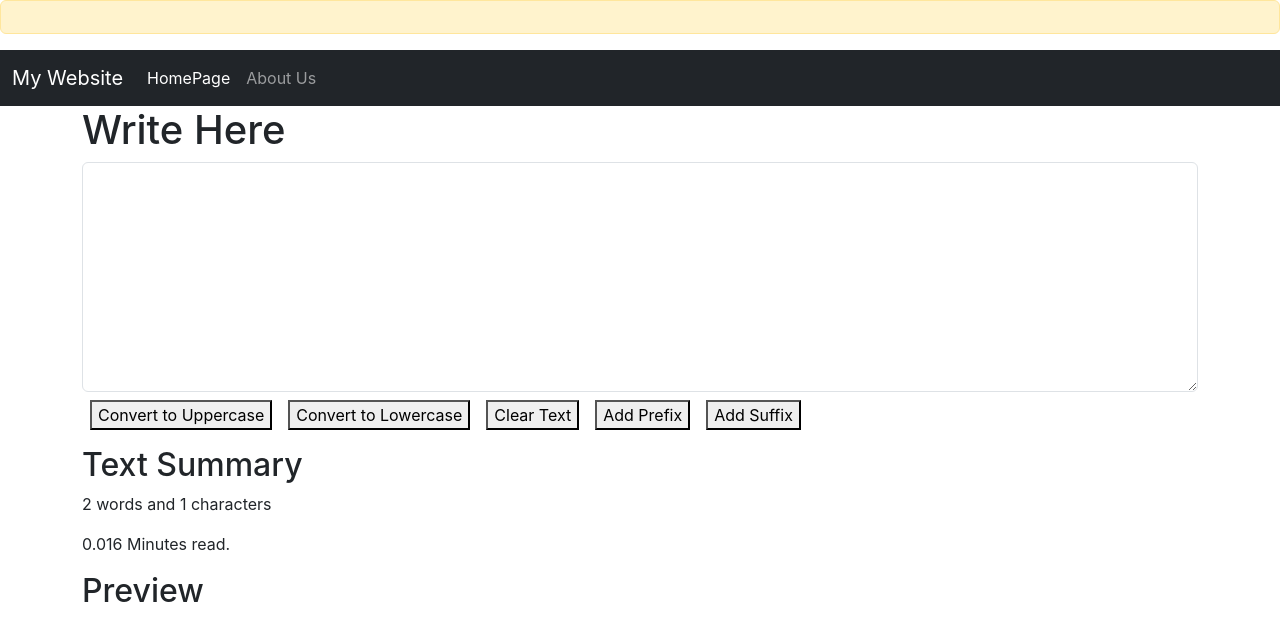
Repository: WajihaGul/Reactjs
Page: /
These files come from the project's save history. The page is drawn as it stood at one moment and after the next save; the edit follows.
The browser window is 1280 px wide. The pictures show the whole page.
The project was rebuilt for these pictures with package versions that can differ from the ones it lists, and the page was loaded fresh each time. Also part of the build but not shown: src/App.css.

Above is the page before, as saved 2024-02-12 16:59:53.

### public/index.html
<!DOCTYPE html>
<html lang="en">
  <head>
    <meta charset="utf-8" />
    <link rel="icon" href="%PUBLIC_URL%/favicon.ico" />
    <meta name="viewport" content="width=device-width, initial-scale=1" />
    <meta name="theme-color" content="#000000" />
    <meta
      name="description"
      content="Web site created using create-react-app"
    />
    <link rel="apple-touch-icon" href="%PUBLIC_URL%/logo192.png" />
    <!--
      manifest.json provides metadata used when your web app is installed on a
      user's mobile device or desktop. See https://developers.google.com/web/fundamentals/web-app-manifest/
    -->
    <link rel="manifest" href="%PUBLIC_URL%/manifest.json" />
    <!--
      Notice the use of %PUBLIC_URL% in the tags above.
      It will be replaced with the URL of the `public` folder during the build.
      Only files inside the `public` folder can be referenced from the HTML.

      Unlike "/favicon.ico" or "favicon.ico", "%PUBLIC_URL%/favicon.ico" will
      work correctly both with client-side routing and a non-root public URL.
      Learn how to configure a non-root public URL by running `npm run build`.
    -->


    <link href="https://cdn.jsdelivr.net/npm/bootstrap@5.3.2/dist/css/bootstrap.min.css" rel="stylesheet" integrity="sha384-T3c6CoIi6uLrA9TneNEoa7RxnatzjcDSCmG1MXxSR1GAsXEV/Dwwykc2MPK8M2HN" crossorigin="anonymous">
    <title>React App</title>

  </head>
  <body>
    <noscript>You need to enable JavaScript to run this app.</noscript>
    <div id="root"></div>
    <script src="https://cdn.jsdelivr.net/npm/bootstrap@5.3.2/dist/js/bootstrap.bundle.min.js" integrity="sha384-C6RzsynM9kWDrMNeT87bh95OGNyZPhcTNXj1NW7RuBCsyN/o0jlpcV8Qyq46cDfL" crossorigin="anonymous"></script>

  </body>
</html>

### src/App.js
import './App.css';
import Navbar from './Components/Navbar';
import Alert from './Components/Alert';
import TextArea from  './Components/TextArea';

function App() {
  return (
<>
<Alert alert={alert}/>
<Navbar title="My Website" about="About Us" home="HomePage"   />
<TextArea/>

</>
  );
}

export default App;

### src/Components/Navbar.js
import React from 'react'
import PropTypes from 'prop-types'
export default function Navbar(props) {
  return (
    <nav className="navbar navbar-expand-lg navbar-dark bg-dark">
        <div className="container-fluid">
          <a className="navbar-brand" href="/">{props.title}</a>
          <button className="navbar-toggler" type="button" data-bs-toggle="collapse" data-bs-target="#navbarSupportedContent" aria-controls="navbarSupportedContent" aria-expanded="false" aria-label="Toggle navigation">
            <span className="navbar-toggler-icon"></span>
          </button>
          <div className="collapse navbar-collapse" id="navbarSupportedContent">
            <ul className="navbar-nav me-auto mb-2 mb-lg-0">
              <li className="nav-item">
                <a className="nav-link active" aria-current="page" href="/">{props.home}</a>
              </li>
              <li className="nav-item">
                <a className="nav-link" href="/">{props.about}</a>
              </li>

            </ul>
            {/*<form className="d-flex" role="search">
              <input className="form-control me-2" type="search" placeholder="Search" aria-label="Search"/>
              <button className="btn btn-outline-success" type="submit">Search</button>
            </form>

            <div className="form-check form-switch">
              <input className="form-check-input" onClick={props.switchMode} type="checkbox" role="switch" id="flexSwitchCheckDefault" />
               <label className="form-check-label" htmlFor="flexSwitchCheckDefault">Switch Mode</label>
              </div>

                <div className={`form-check form-switch text-${props.mode==='light'?'dark':'light'}`}>
                        <input className="form-check-input" onClick={props.toggleMode} type="checkbox" id="flexSwitchCheckDefault"/>
                        <label className="form-check-label" htmlFor="flexSwitchCheckDefault">Enable DarkMode</label>
                    </div>
                    */}
          </div>
        </div>
      </nav>
  )
}
Navbar.propTypes = {
    title: PropTypes.string ,
    about: PropTypes.string ,
    home: PropTypes.string
}
Navbar.defaultProps = {
    title : "Home",
    about : "About",

}

### src/Components/Alert.js
import React from 'react'

export default function Alert(props) {
  return (
    <div class="alert alert-warning alert-dismissible fade show" role="alert">
    <strong>{props.alert}</strong>
    </div>
  )
}

### src/Components/TextArea.js
import { useState } from "react"
import React from 'react'

export default function TextArea() {

    const textOnChange=(event)=>{
        setText(event.target.value);
    }

    const textUpper=()=>{
        let newText=text.toUpperCase();
        setText(newText);
    }

    const textLower=()=>{
        let newText=text.toLowerCase();
        setText(newText);
    }

    const textClear=()=>{
        let newText=' ';
        setText(newText);
    }

    const prefixText=()=>{
        let newText='New Text ' +text;
        setText(newText);
    }

    const suffixText=()=>{
        let newText= text + ' New Text ';
        setText(newText);
    }

    const [text,setText]=useState(' ');

    return (
   <>
    <div className='container'>
        <h1>Write Here</h1>
  <textarea className="form-control" value={text} onChange={textOnChange} id="floatingTextarea" rows={9}></textarea>
  <button className="btn1  mx-2 my-2" onClick={textUpper}  >Convert to Uppercase</button>
  <button className="btn2 mx-2 my-2" onClick={textLower}  >Convert to Lowercase</button>
  <button className="btn3 mx-2 " onClick={textClear}  >Clear Text</button>
  <button className="btn4 mx-2 " onClick={prefixText}  >Add Prefix</button>
  <button className="btn5 mx-2 " onClick={suffixText}  >Add Suffix</button>

  </div>
  <div className="container my-2">
    <h2 >Text Summary</h2>
    <p>{text.split(' ').length} words and {text.length} characters</p>
    <p>{0.008*text.split(' ').length} Minutes read.</p>
    <h2>Preview</h2>
    <p><b>{text}</b></p>
  </div>
  </>
  )
}

Loaded but not shown: src/index.js (common file); src/index.css (common file); src/reportWebVitals.js (common file)

After the next save:
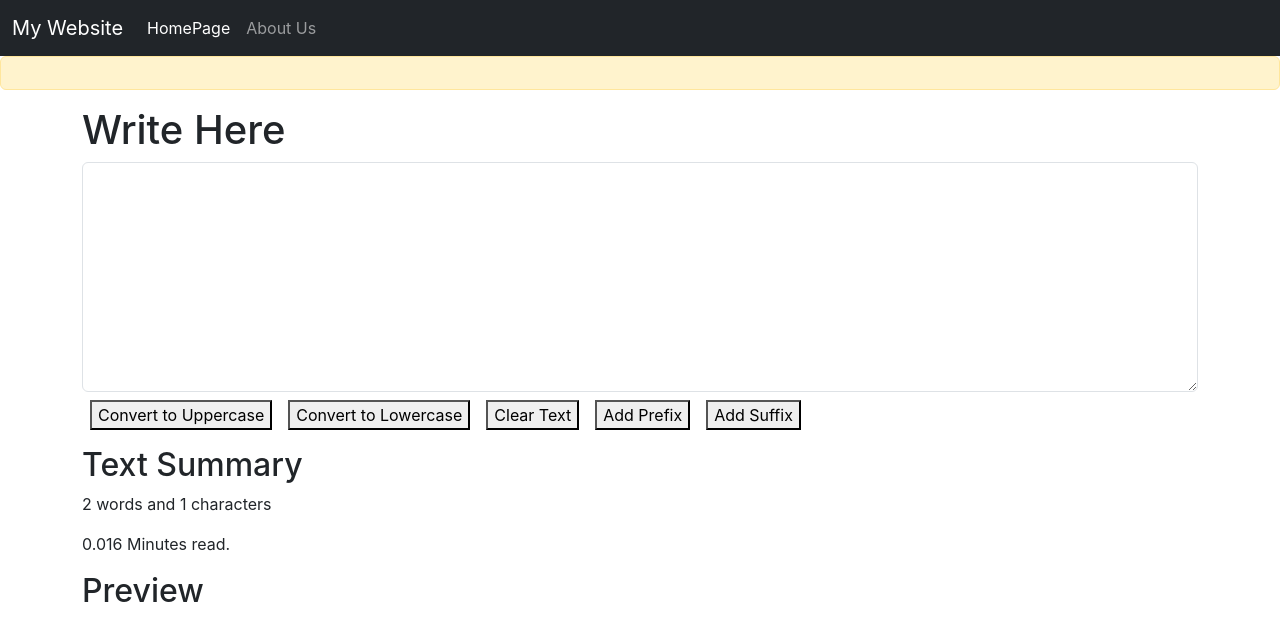
Saved 114 s later.
--- a/src/App.js
+++ b/src/App.js
@@ -6,8 +6,8 @@ import TextArea from  './Components/TextArea';
 function App() {
   return (
 <>
+<Navbar title="My Website" about="About Us" home="HomePage"   />
 <Alert alert={alert}/>
-<Navbar title="My Website" about="About Us" home="HomePage"   />
 <TextArea/>
 
 </>
